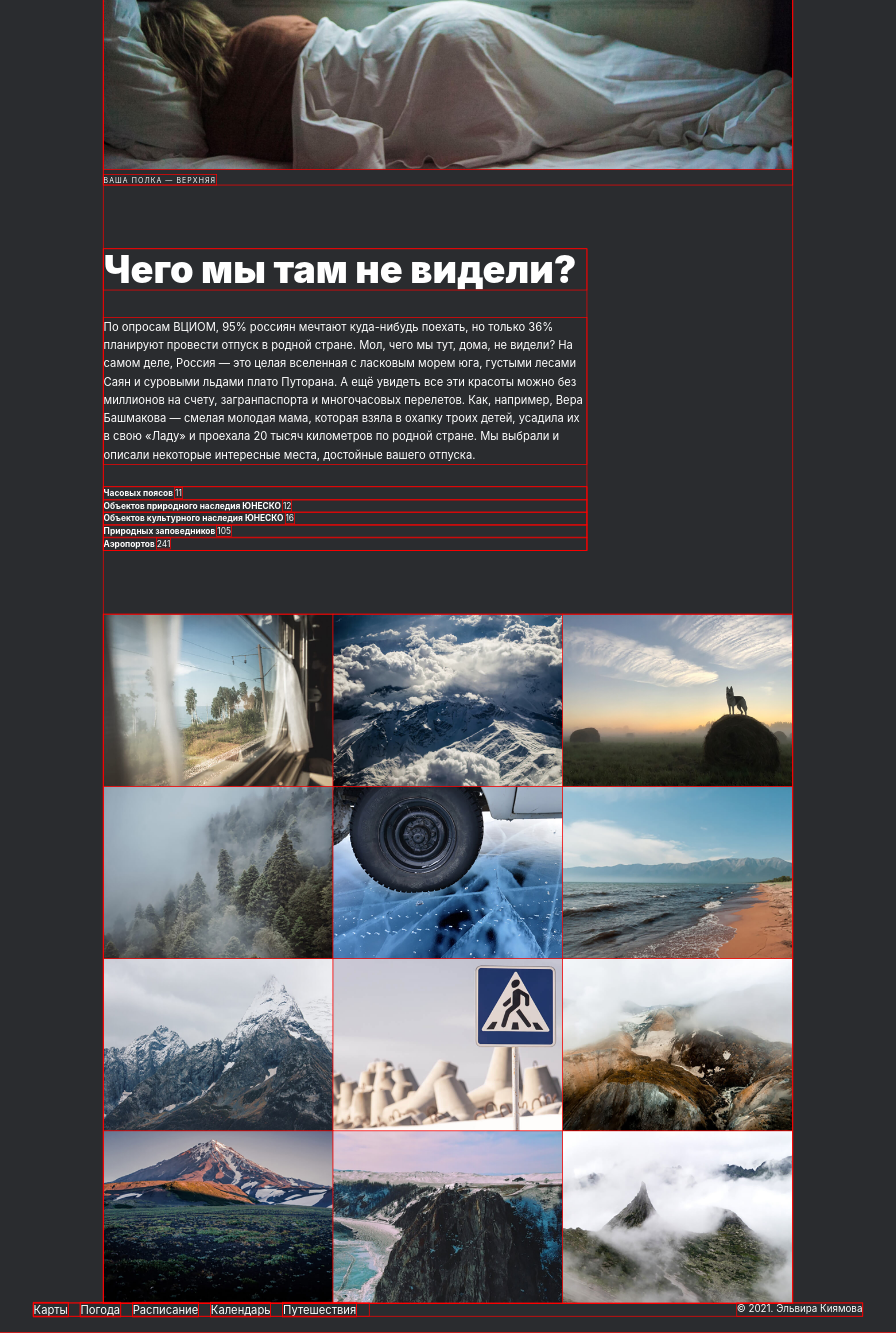
Repository: 89373611988/russia-travel
Page: index.html
An editor plug-in stored every save of this project. The page is shown before and after a run of saves, followed by the edit.
The browser window is 1280 px wide. The pictures show the part of the page from y = 877 to 2797 px (the page is 2781 px tall before and 2797 px after), at 70% of full size.
Some web fonts or font styles are not loaded; a fallback is used.

Above is the page before, as saved 2021-12-19 02:36:28.

After the next 3 saves:
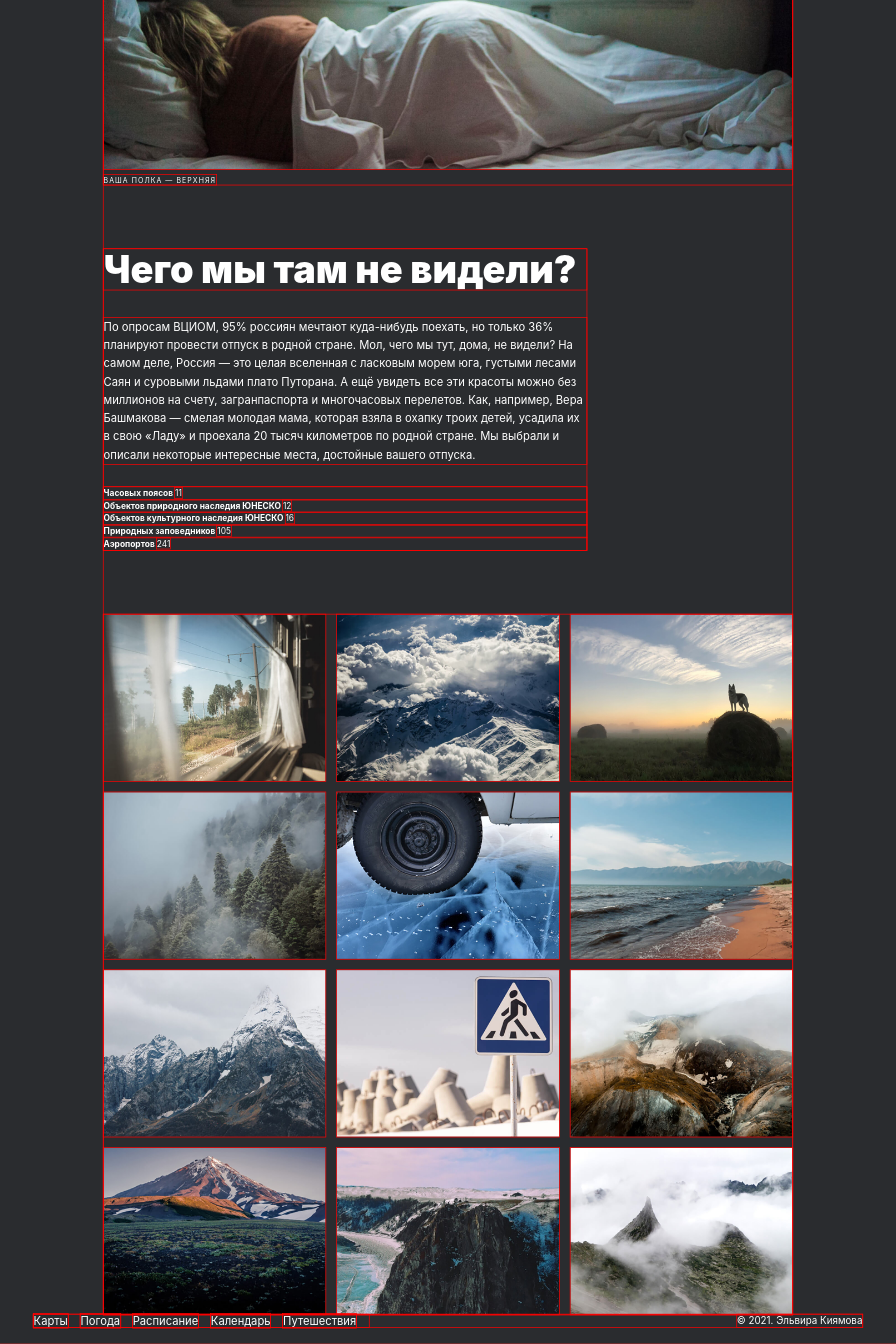
The 3 saves are shown as one change because they came seconds apart.
The last was saved 9 s later.
--- a/blocks/photo-grid/photo-grid.css
+++ b/blocks/photo-grid/photo-grid.css
@@ -2,7 +2,7 @@
   display: grid;
   justify-content: center;
   grid-template-columns: repeat(auto-fit, minmax(284px, 1fr));
-  grid-template-rows: repeat(auto-fit, minmax(213px);
+  grid-template-rows: repeat(auto-fit, minmax(213px, 1fr));
   gap: 16px;
   padding: 0;
   margin: 0;
